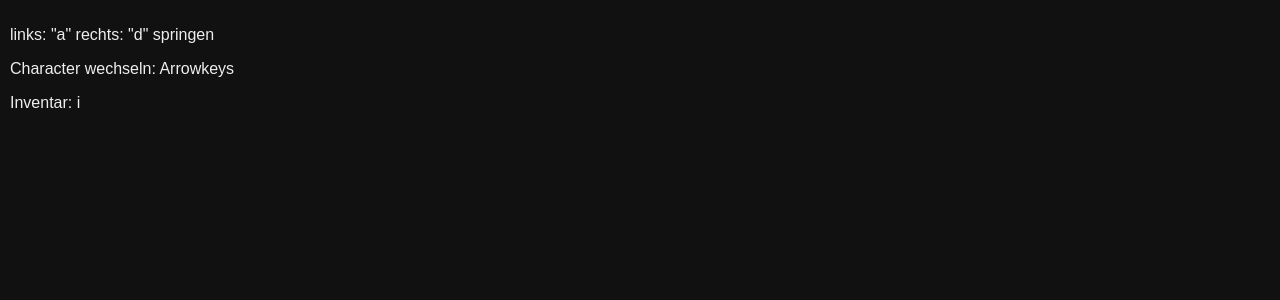
Repository: FaideST/Pixel-Game-
Page: index.html
The author's editor kept a copy of each file at every save. The page is drawn from the files as they stood at one save, then again after the next save.
The browser window is 1280 px wide. The pictures show the whole page.

Above is the page before, as saved 2025-09-19 23:03:53.
Console error: TypeError: Cannot read properties of null (reading 'addEventListener')

### index.html
<!DOCTYPE html>
<html lang="de">
<head>
    <meta charset="UTF-8">
    <meta name="viewport" content="width=device-width, initial-scale=1.0">
    <title>Pixelart Game</title>
    <link rel="stylesheet" href="style.css">
</head>
<body>
    <p>links: "a" rechts: "d" springen</p>
    <p> Character wechseln: Arrowkeys</p>
    <p> Inventar: i</p>
    <canvas id="gameCanvas"></canvas>
    <script src="dist/main.js" type="module"></script>
</body>
</html>

### style.css
body {
  font-family: sans-serif;
  background: #111;
  color: #eee;
  margin: 0;
  padding: 10px;
}

.layout {
  display: flex;
  gap: 20px;
  align-items: flex-start;
}

/* Spielfeld */
.game canvas {
  border: 2px solid #555;
  image-rendering: pixelated;
}

/* Rechte Seite */
.ui {
  width: 220px;
  max-height: 240px;
  display: flex;
  flex-direction: column;
}

/* Timer */
#timer {
  font-size: 18px;
  margin-bottom: 10px;
}

/* Tabelle scrollt, Seite nicht */
#timeTable {
  width: 100%;
  border-collapse: collapse;
  background: #222;
}

#timeTable th,
#timeTable td {
  border: 1px solid #444;
  padding: 4px;
  text-align: center;
}

#timeTable thead {
  background: #333;
  position: sticky;
  top: 0;
}

/* 👇 wichtig */
#timeTable tbody {
  display: block;
  max-height: 180px;
  overflow-y: auto;
}

#timeTable thead,
#timeTable tbody tr {
  display: table;
  width: 100%;
  table-layout: fixed;
}

### dist/main.js
"use strict";
window.addEventListener("DOMContentLoaded", () => {
    const canvas = document.getElementById("gameCanvas");
    const ctx = canvas.getContext("2d");
    const groundY = 193;
    let cameraY = 0;
    let inventoryOpen = false;
    window.addEventListener("keydown", (e) => {
        if ((e.key === "Enter" || e.key === " ") && !gameStarted) {
            gameStarted = true;
            goal.reached = false;
            playerX = 50;
            playerY = 160;
            velocityY = 0;
            cameraY = 0;
            startTime = performance.now();
            elapsedTime = 0;
        }
    });
    canvas.width = 320;
    canvas.height = 240;
    // Position
    let playerX = 50;
    let playerY = 160;
    const speed = 2;
    let velocityY = 0;
    const gravity = 0.5;
    const jumpStrength = -7;
    let onGround = true;
    // Input
    const keys = {};
    window.addEventListener("keydown", (e) => {
        if (e.code === "Space") {
            e.preventDefault();
        }
        keys[e.key.toLowerCase()] = true;
    });
    window.addEventListener("keyup", (e) => keys[e.key.toLowerCase()] = false);
    //* window.addEventListener("keydown", (e) => {
    //    if (e.key.toLowerCase() === "i") {
    //      inventoryOpen = !inventoryOpen; // Toggle
    //    }
    // });
    // Bg
    const bg = new Image();
    let bgLoaded = false;
    bg.src = "assets/bg/village.png";
    const bgcave = new Image();
    let bgcaveLoaded = false;
    bgcave.src = "assets/bg/bg2cavemitsprites.png";
    //Char setup
    const player = new Image();
    let playerLoaded = false;
    player.onload = () => {
        console.log("Player image loaded!", player.src);
        playerLoaded = true;
    };
    player.onerror = () => {
        console.error("Failed to load image:", player.src);
    };
    const playerWidth = 32;
    const playerHeight = 32;
    //Char Auswahl
    const heroes = ["Magi.png", "Assasine.png", "bard.png", "elf.png", "wizardcharacteror1.png"];
    let selectedHero = 0;
    player.src = `assets/sprites/heroes/${heroes[selectedHero]}`;
    window.addEventListener("keydown", e => {
        if (e.key === "ArrowLeft") {
            selectedHero = (selectedHero + heroes.length - 1) % heroes.length;
            player.src = `assets/sprites/heroes/${heroes[selectedHero]}`;
        }
        if (e.key === "ArrowRight") {
            selectedHero = (selectedHero + 1) % heroes.length;
            player.src = `assets/sprites/heroes/${heroes[selectedHero]}`;
        }
    });
    const sky = new Image();
    sky.src = "assets/bg/sky.png";
    const skyHeight = 240;
    // Inventar
    const UII = { img: new Image(), x: 160, y: 20, w: 360, h: 260
    };
    UII.img.src = "assets/sprites/ui/guiinventory.png";
    const UI = { img: new Image(), offsetX: -50, offsetY: -130, x: 0, y: 0, w: 320, h: 240 };
    UI.img.src = "assets/sprites/ui/gui.png";
    const pet = { img: new Image(), offsetX: -20, offsetY: 0, x: 0, y: 0, w: 24, h: 24 };
    pet.img.src = "assets/sprites/pet/Pat.png";
    //Bilder (Bosse)
    const bosses = [
        { img: new Image(), x: 450, y: 127, w: 64, h: 64 },
        { img: new Image(), x: 580, y: 110, w: 64, h: 64 },
    ];
    bosses[0].img.src = "assets/sprites/bosse/CursedKnight.png";
    bosses[1].img.src = "assets/sprites/bosse/Bossspider.png";
    //enemies
    const enemies = [
        { img: new Image(), x: 585, y: 170, w: 32, h: 32 },
        { img: new Image(), x: 560, y: 160, w: 32, h: 32 },
        { img: new Image(), x: 520, y: 95, w: 32, h: 32 },
        { img: new Image(), x: 475, y: 80, w: 32, h: 32 },
    ];
    //*
    //enemies[0]!.img.src = "assets/sprites/enemies/minispider.png";
    //enemies[1]!.img.src = "assets/sprites/enemies/Ghost.png";
    //enemies[2]!.img.src = "assets/sprites/enemies/deadskelet.png";
    //enemies[3]!.img.src = "assets/sprites/enemies/1eye.png";
    //npcs
    const npcs = [
        { img: new Image(), x: 130, y: 0, w: 32, h: 32 },
        { img: new Image(), x: 130, y: 0, w: 32, h: 32 },
    ];
    npcs[0].img.src = "assets/sprites/npcs/Doktor.png";
    //Bilder (items)
    const items = [
        { img: new Image(), x: 495, y: 165, w: 32, h: 32 },
        //Kerzen
        { img: new Image(), x: 200, y: 170, w: 32, h: 32 },
        { img: new Image(), x: 302, y: 159, w: 32, h: 32 },
        { img: new Image(), x: 405, y: 155, w: 32, h: 32 },
    ];
    items[0].img.src = "assets/sprites/items/CursedChest.png";
    //Kerzen
    items[1].img.src = "assets/sprites/items/Kerzedunkelbrennt.png";
    items[2].img.src = "assets/sprites/items/Kerzedunkelhalbvollbrennt.png";
    items[3].img.src = "assets/sprites/items/Kerzedunkelabgebrannt.png";
    const platformImgRed = new Image();
    platformImgRed.src = "assets/platformen/platform1.png";
    const platformImgBlue = new Image();
    platformImgBlue.src = "assets/platformen/platform2.png";
    const platforms = [
        //Ebene 1 L nach R
        { x: 20, y: 150, w: 16, h: 8, img: platformImgRed },
        { x: 90, y: 150, w: 16, h: 8, img: platformImgRed },
        { x: 160, y: 150, w: 16, h: 8, img: platformImgRed },
        { x: 230, y: 150, w: 16, h: 8, img: platformImgRed },
        { x: 300, y: 150, w: 16, h: 8, img: platformImgRed },
        //Ebene 2 L nach R
        { x: 5, y: 110, w: 16, h: 8, img: platformImgRed },
        { x: 130, y: 110, w: 16, h: 8, img: platformImgRed },
        { x: 270, y: 110, w: 16, h: 8, img: platformImgRed },
        //Ebene 3 L nach R
        { x: 75, y: 65, w: 16, h: 8, img: platformImgRed },
        { x: 180, y: 65, w: 16, h: 8, img: platformImgRed },
        { x: 300, y: 65, w: 16, h: 8, img: platformImgRed },
        //Ebene 4 L nach R
        { x: 10, y: 20, w: 16, h: 8, img: platformImgRed },
        { x: 250, y: 20, w: 16, h: 8, img: platformImgRed },
        //Ebene 5 L nach R
        { x: 80, y: -25, w: 16, h: 8, img: platformImgRed },
        { x: 200, y: -25, w: 16, h: 8, img: platformImgRed },
        //Ebene Start Blau 6 L nach R
        { x: 140, y: -70, w: 16, h: 8, img: platformImgBlue },
        { x: 270, y: -70, w: 16, h: 8, img: platformImgBlue },
        //Ebene Start Blau 7 L nach R
        { x: 205, y: -110, w: 16, h: 8, img: platformImgBlue },
        //Ebene Start Blau 8 L nach R
        { x: 135, y: -155, w: 16, h: 8, img: platformImgBlue },
        //Ebene Start Blau 9 L nach R
        { x: 65, y: -200, w: 16, h: 8, img: platformImgBlue },
        { x: 205, y: -200, w: 16, h: 8, img: platformImgBlue },
    ];
    for (const npc of npcs) {
        npc.y = groundY - npc.h;
    }
    let currentMapIndex = 0;
    const maps = [
        {
            bg: bg,
            enemies: enemies,
            items: items
        },
        {
            bg: bgcave,
            enemies: enemies,
            items: items
        }
    ];
    const goal = {
        img: new Image(),
        x: 127,
        y: -245,
        w: 32,
        h: 16,
        reached: false
    };
    goal.img.src = "assets/platformen/goal.png";
    const allPlatforms = [...platforms, goal];
    // Timer & Start
    let gameStarted = false;
    let startTime = 0;
    let elapsedTime = 0;
    const times = [];
    const startBtn = document.getElementById("startBtn");
    const timerDisplay = document.getElementById("timer");
    const timeTableBody = document.querySelector("#timeTable tbody");
    startBtn.addEventListener("click", () => {
        startBtn.blur();
        gameStarted = true;
        goal.reached = false;
        playerX = 50;
        playerY = 160;
        startTime = performance.now();
        elapsedTime = 0;
    });
    function stopTimer() {
        gameStarted = false;
        times.push(elapsedTime);
        updateTable();
    }
    function updateTable() {
        timeTableBody.innerHTML = "";
        times.forEach((time, index) => {
            const row = document.createElement("tr");
            row.innerHTML = `<td>${index + 1}</td><td>${time.toFixed(2)}</td>`;
            timeTableBody.appendChild(row);
        });
    }
    // Game Loop
    function update() {
        if (keys["a"])
            playerX -= speed;
        if (keys["d"])
            playerX += speed;
        if ((keys["arrowup"] || keys["space"] || keys[" "]) && onGround) {
            velocityY = jumpStrength;
            onGround = false;
        }
        velocityY += gravity;
        playerY += velocityY;
        onGround = false;
        // Plattform-Kollision
        for (const platform of allPlatforms) {
            const playerBottom = playerY + playerHeight;
            const playerPrevBottom = playerBottom - velocityY;
            const platformTop = platform.y;
            const horizontalOverlap = playerX + playerWidth > platform.x &&
                playerX < platform.x + platform.w;
            const fallingOntoPlatform = playerPrevBottom <= platformTop &&
                playerBottom >= platformTop;
            if (horizontalOverlap && fallingOntoPlatform && velocityY >= 0) {
                playerY = platformTop - playerHeight;
                velocityY = 0;
                onGround = true;
            }
        }
        if (playerY >= 160) {
            playerY = 160;
            velocityY = 0;
            onGround = true;
        }
        if (playerY - cameraY < 80) {
            cameraY = playerY - 80;
        }
        pet.x = playerX + pet.offsetX;
        pet.y = playerY + pet.offsetY;
        UI.x = playerX + UI.offsetX;
        UI.y = playerY + UI.offsetY;
        if (playerY - cameraY > canvas.height - 80) {
            cameraY = playerY - (canvas.height - 80);
        }
        // Rechts raus → nächste Map
        if (playerX > canvas.width) {
            currentMapIndex = Math.min(currentMapIndex + 1, maps.length - 1);
            playerX = 0;
        }
        // Links raus → vorherige Map
        if (playerX < -32) {
            currentMapIndex = Math.max(currentMapIndex - 1, 0);
            playerX = canvas.width - 32;
        }
        // Timer
        if (gameStarted && !goal.reached) {
            elapsedTime = (performance.now() - startTime) / 1000;
            timerDisplay.textContent = `Zeit: ${elapsedTime.toFixed(2)} s`;
        }
        // Ziel prüfen
        const playerBottom = playerY + playerHeight;
        const playerPrevBottom = playerBottom - velocityY;
        const standingOnGoal = playerX + playerWidth > goal.x &&
            playerX < goal.x + goal.w &&
            playerPrevBottom <= goal.y &&
            playerBottom >= goal.y &&
            velocityY >= 0;
        if (!goal.reached && standingOnGoal) {
            goal.reached = true;
            stopTimer();
        }
    }
    function draw() {
        ctx.clearRect(0, 0, canvas.width, canvas.height);
        for (let i = -3; i <= 1; i++) {
            ctx.drawImage(sky, 0, i * skyHeight - cameraY, canvas.width, skyHeight);
        }
        const currentMap = maps[currentMapIndex];
        ctx.drawImage(currentMap.bg, 0, -cameraY, canvas.width, canvas.height);
        // Platformen
        for (const platform of platforms) {
            ctx.drawImage(platform.img, platform.x, platform.y - cameraY, platform.w, platform.h);
        }
        ctx.drawImage(goal.img, goal.x, goal.y - cameraY, goal.w, goal.h);
        // Items
        for (const item of currentMap.items) {
            ctx.drawImage(item.img, item.x, item.y - cameraY, item.w, item.h);
        }
        // Enemies
        for (const enemy of currentMap.enemies) {
            ctx.drawImage(enemy.img, enemy.x, enemy.y - cameraY, enemy.w, enemy.h);
        }
        // Bosse
        for (const boss of bosses) {
            ctx.drawImage(boss.img, boss.x, boss.y - cameraY, boss.w, boss.h);
        }
        // Pet + UI zeichnen
        ctx.drawImage(pet.img, pet.x, pet.y - cameraY, pet.w, pet.h);
        //* ctx.drawImage(UI.img, UI.x, UI.y - cameraY, UI.w, UI.h);
        // Npcs zeichnen
        for (const npc of npcs) {
            ctx.drawImage(npc.img, npc.x, npc.y - cameraY, npc.w, npc.h);
        }
        // Char zeichnen
        if (playerLoaded) {
            ctx.drawImage(player, playerX, playerY - cameraY, 32, 32); // Sprite zeichnen
        }
        if (inventoryOpen) {
            ctx.drawImage(UII.img, UII.x, UII.y - cameraY, UII.w, UII.h);
        }
    }
    function gameLoop() {
        update();
        draw();
        requestAnimationFrame(gameLoop);
    }
    gameLoop();
});
//# sourceMappingURL=main.js.map

After the next save:
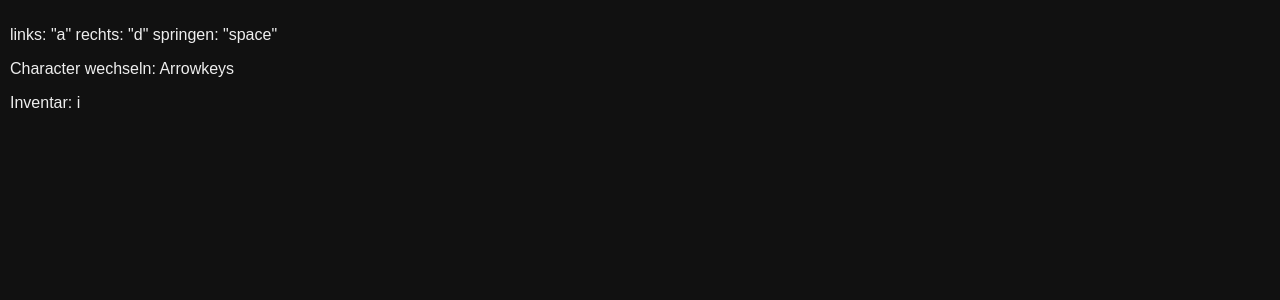
Saved 8 s later.
--- a/index.html
+++ b/index.html
@@ -7,7 +7,7 @@
     <link rel="stylesheet" href="style.css">
 </head>
 <body>
-    <p>links: "a" rechts: "d" springen</p>
+    <p>links: "a" rechts: "d" springen: "space"</p>
     <p> Character wechseln: Arrowkeys</p>
     <p> Inventar: i</p>
     <canvas id="gameCanvas"></canvas>
